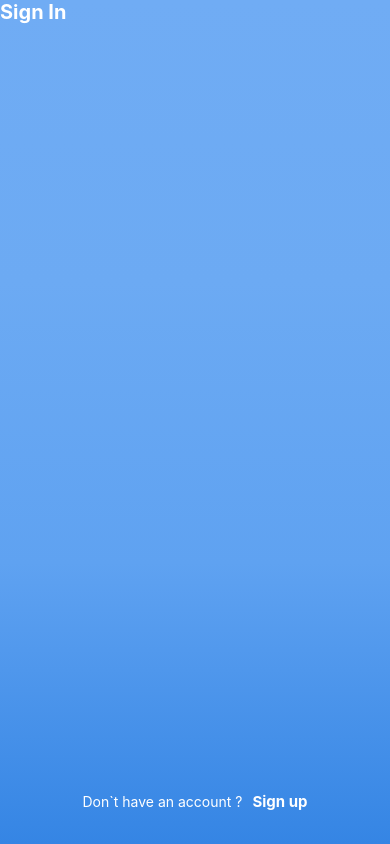
Repository: kamarajcalm/loginpage
Screen: /
These files come from the project's save history. The screen is drawn as it stood at one moment and after the next save; the edit follows.
The app was drawn by React Native's web renderer in a window 390 px wide. The project was rebuilt for these pictures with package versions that can differ from the ones it lists, and the page was loaded fresh each time.

Above is the screen before, as saved 2021-12-25 23:52:15.

After the next save:
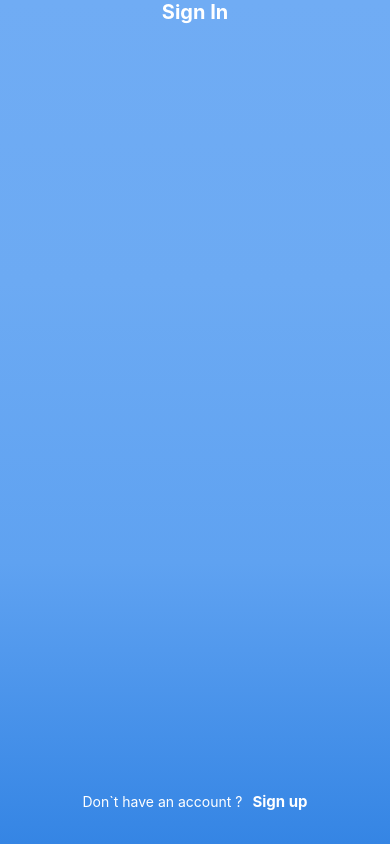
Saved 6 s later.
--- a/App.js
+++ b/App.js
@@ -38,7 +38,7 @@ const styles = StyleSheet.create({
   },
   content: {
     flex: 0.9,
-
+    alignItems: "center"
   },
   footer: {
     flex: 0.1,
